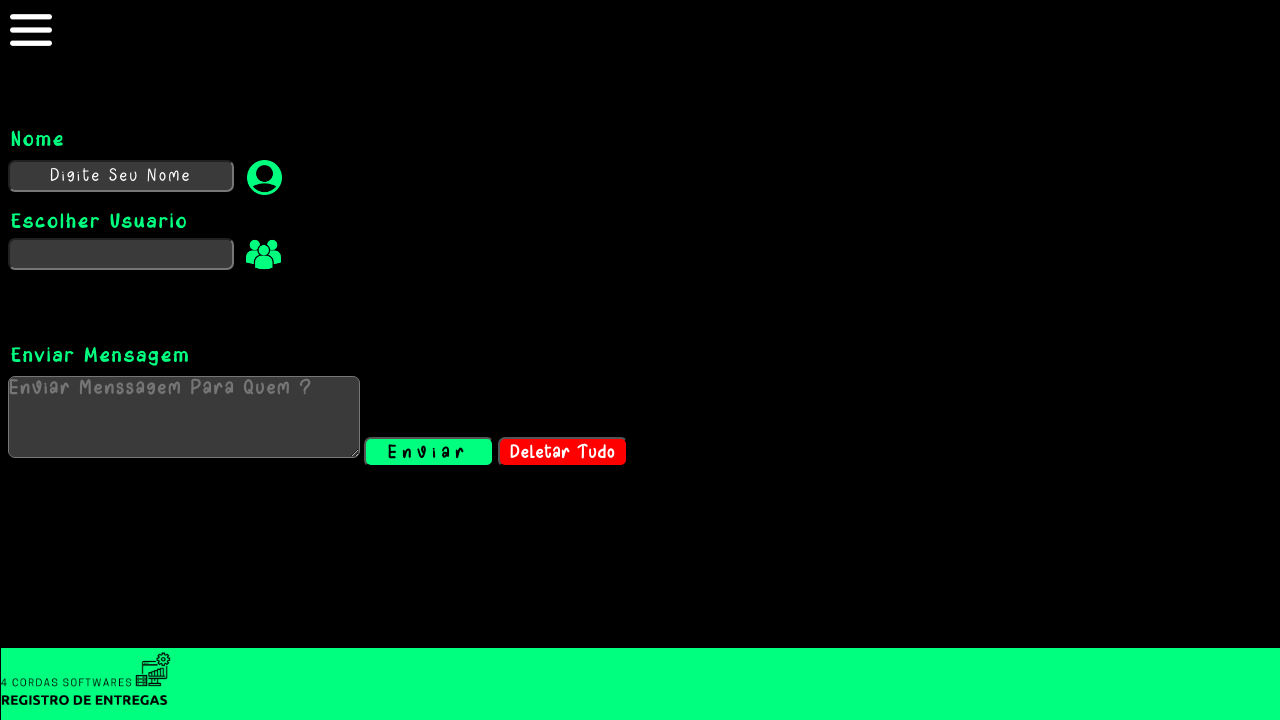
Repository: alfredo-allan/relatorioentregas
Page: pages/chatapp.html
These files come from the project's save history. The page is drawn as it stood at one moment and after a run of saves; the edit follows.
The browser window is 1280 px wide. The pictures show the whole page.
The page's requests for data from a server got no answer.

Above is the page before, as saved 2024-05-16 22:05:18.
Console error: TypeError: Cannot read properties of null (reading 'addEventListener')

After the next 3 saves:
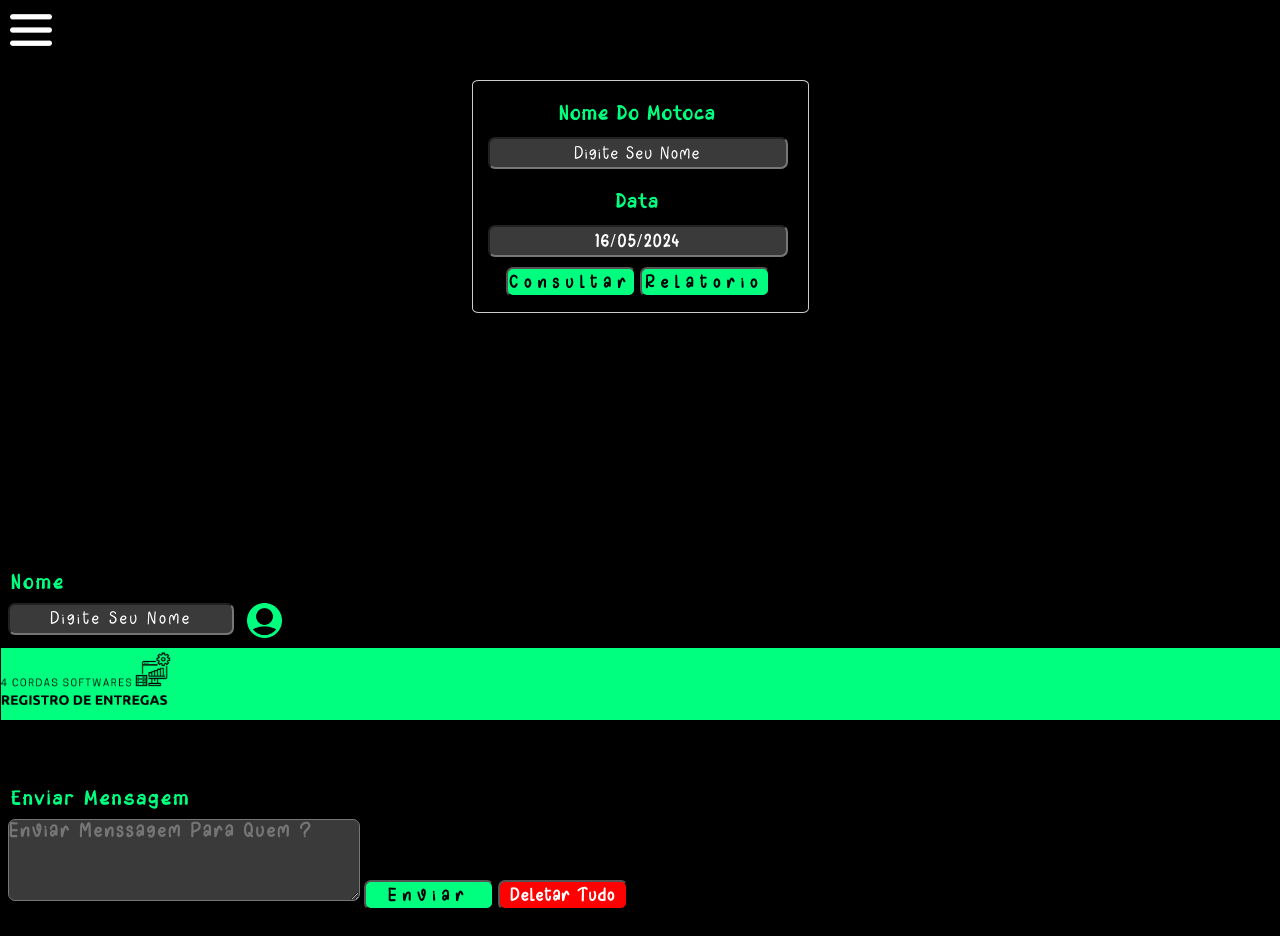
The 3 saves are shown as one change because they came seconds apart.
The last was saved 98 s later.
--- a/pages/chatapp.html
+++ b/pages/chatapp.html
@@ -95,6 +95,45 @@
         <p>Mensagem Enviada Com Sucesso!</p>
       </div>
     </div>
+    <div id="form">
+      <div id="consulta" class="column">
+        <!-- <span style="display: none">ID:</span> -->
+        <input
+          type="text"
+          id="id"
+          style="display: none"
+          placeholder="ID"
+          readonly
+        />
+        <span>Nome Do Motoca</span>
+        <input type="text" id="nome-motoca" placeholder="Digite Seu Nome" />
+
+        <!-- <span>Endereço Da Entrega</span>
+        <input
+          type="text"
+          id="endereço-entrega"
+          placeholder="Digite O Endereço"
+        /> -->
+
+        <!-- <span>Material</span>
+        <input
+          type="text"
+          id="descricao-produto"
+          placeholder="Tipo e quantidade do Material"
+        />
+
+         <span>Pagamamento</span>
+        <input id="forma-pagamento" type="text" placeholder="Informe o Metodo De Pagamento" />
+        -->
+        <span>Data</span>
+        <input id="data-entrega" type="text" />
+
+        <div id="btns">
+          <button id="consulta-btn">Consultar</button>
+          <button id="gerar-relatorio-btn">Relatório</button>
+        </div>
+      </div>
+    </div>
     <div id="login">
       <span>Nome</span> <br />
       <input id="nomeusuario" type="text" placeholder="Digite Seu Nome" />
